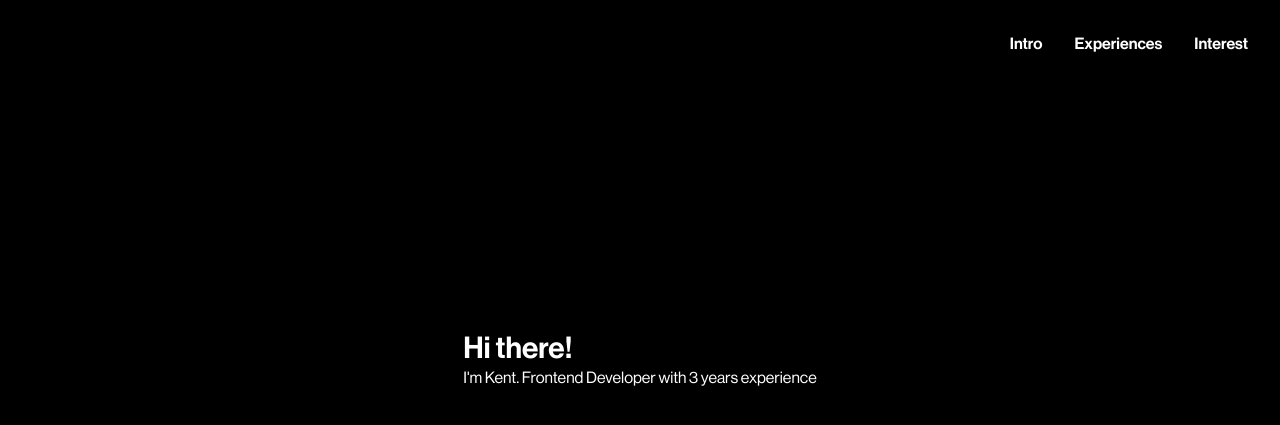
Repository: kentnathaniel/kayac-presentation
Page: /
These files come from the project's save history. The page is drawn as it stood at one moment and after a run of saves; the edit follows.
The browser window is 1280 px wide. The pictures show the whole page.
The project was rebuilt for these pictures with package versions that can differ from the ones it lists, and the page was loaded fresh each time. Also part of the build but not shown: vite.config.ts.

Above is the page before, as saved 2024-09-14 09:10:17.

After the next 2 saves:
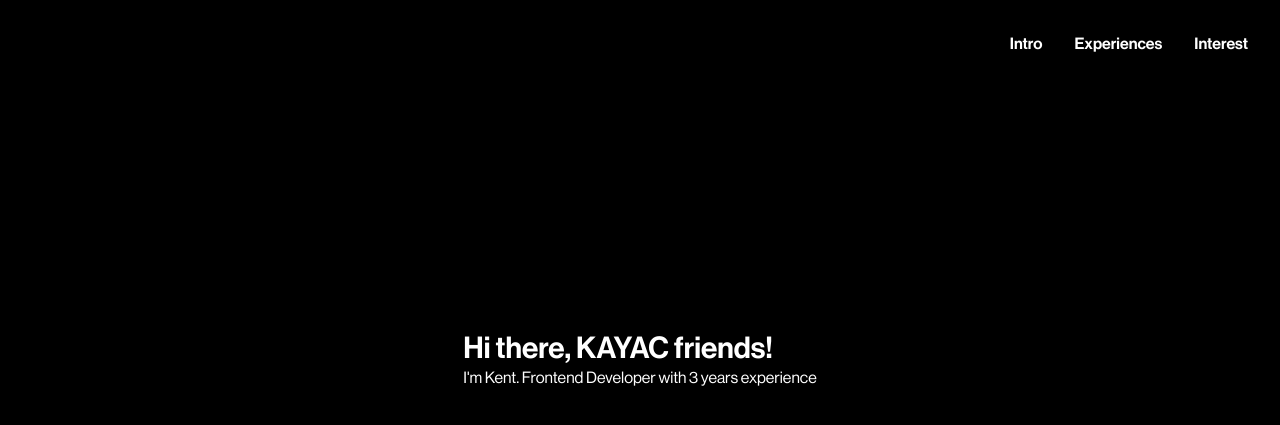
The 2 saves are shown as one change because they came seconds apart.
The last was saved 15 s later.
--- a/src/App.tsx
+++ b/src/App.tsx
@@ -8,7 +8,7 @@ function App() {
       </nav>
 
       <div className="flex flex-col justify-center mx-auto h-screen">
-        <h1 className="text-3xl text-left">Hi there!</h1>
+        <h1 className="text-3xl text-left">Hi there, KAYAC friends!</h1>
         <p className="font-thin">
           I'm Kent. Frontend Developer with 3 years experience
         </p>
